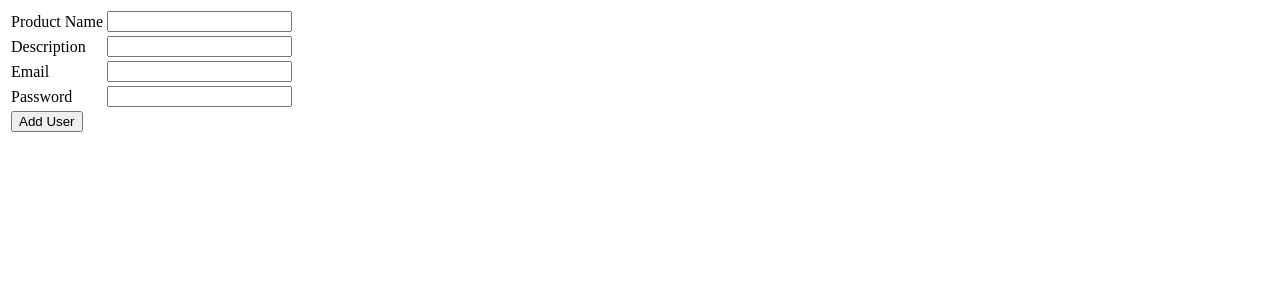
Repository: payal033/Java-Servlets-JSP
Page: http://localhost/FinalProject/createProduct.jsp
The author's editor kept a copy of each file at every save. The page is drawn from the files as they stood at one save, then again after the next save.
The browser window is 1280 px wide. The pictures show the whole page.
The page is served by Tomcat 9.

Above is the page before, as saved 2022-05-30 17:49:46.

After the next save:
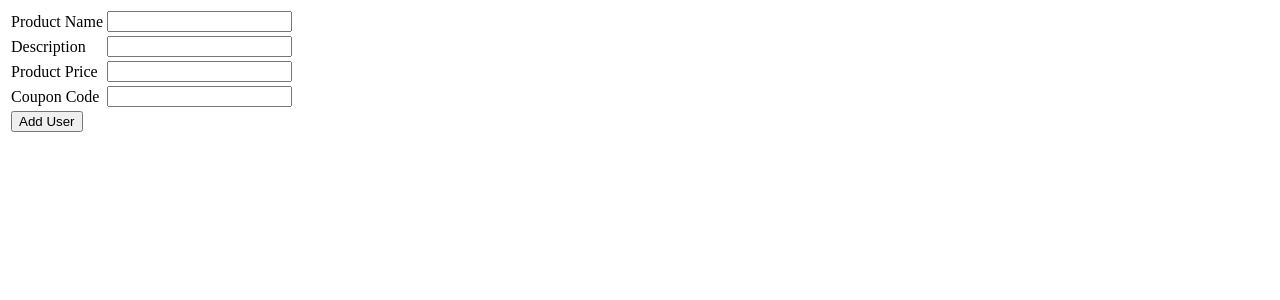
Saved 68 s later.
--- a/FinalProject/WebContent/createProduct.jsp
+++ b/FinalProject/WebContent/createProduct.jsp
@@ -20,12 +20,12 @@
 			</tr>
 
 			<tr>
-			<td>Email</td>
-			<td><input type="email" name="email" ></td>
+			<td>Product Price</td>
+			<td><input type="text" name="price" ></td>
 			</tr>
 
 			<tr>
-			<td>Password</td>
+			<td>Coupon Code</td>
 			<td><input type="password" name="password" ></td>
 			</tr>
 
